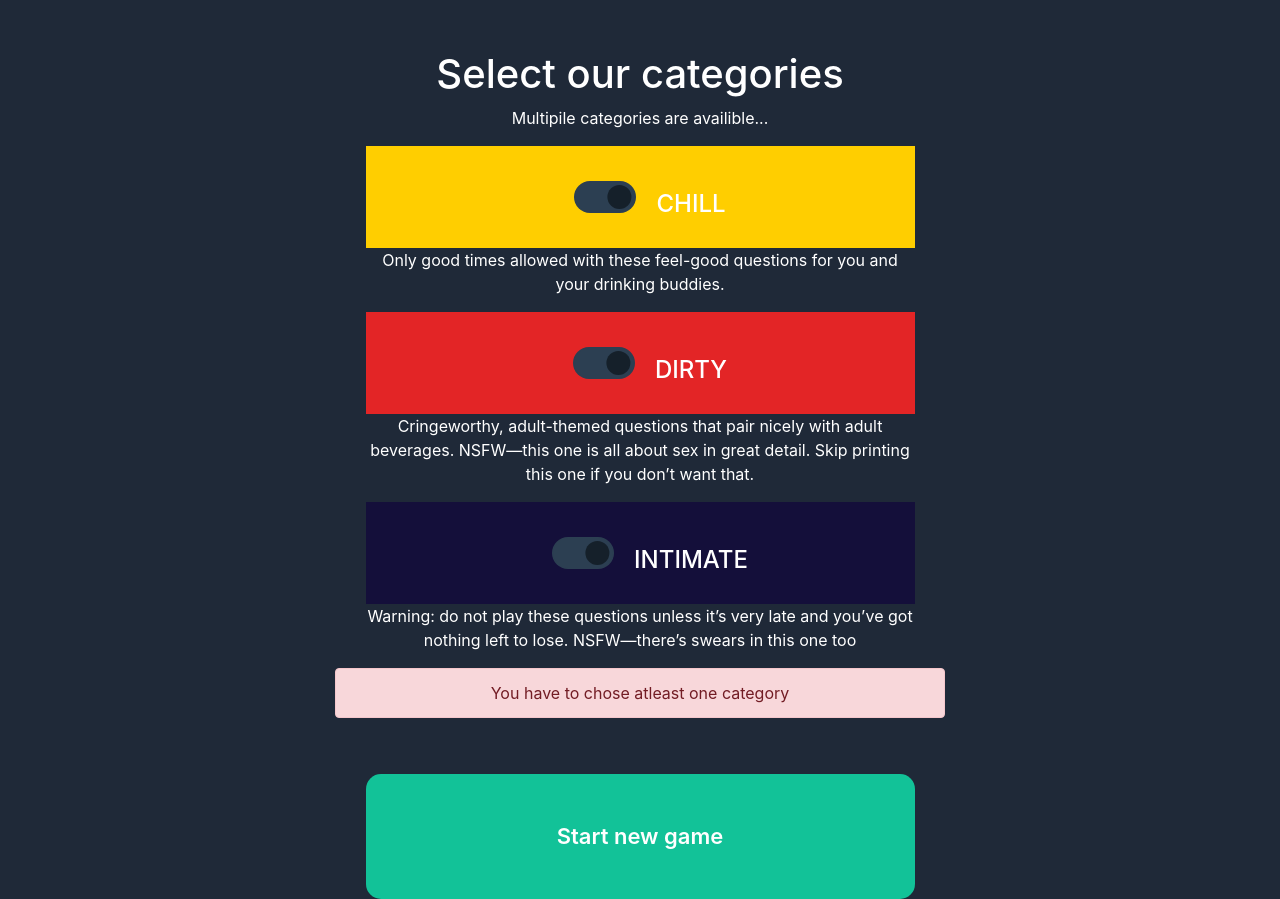
Repository: RafaelAshurov/TruthOrDrink
Page: /chose-your-categories
The author's editor kept a copy of each file at every save. The page is drawn from the files as they stood at one save, then again after the next save.
The browser window is 1280 px wide. The pictures show the whole page.
The project was rebuilt for these pictures with package versions that can differ from the ones it lists, and the page was loaded fresh each time. Also part of the build but not shown: src/views/QuestionsPage.vue.

Above is the page before, as saved 2020-10-10 18:44:00.

After the next save:
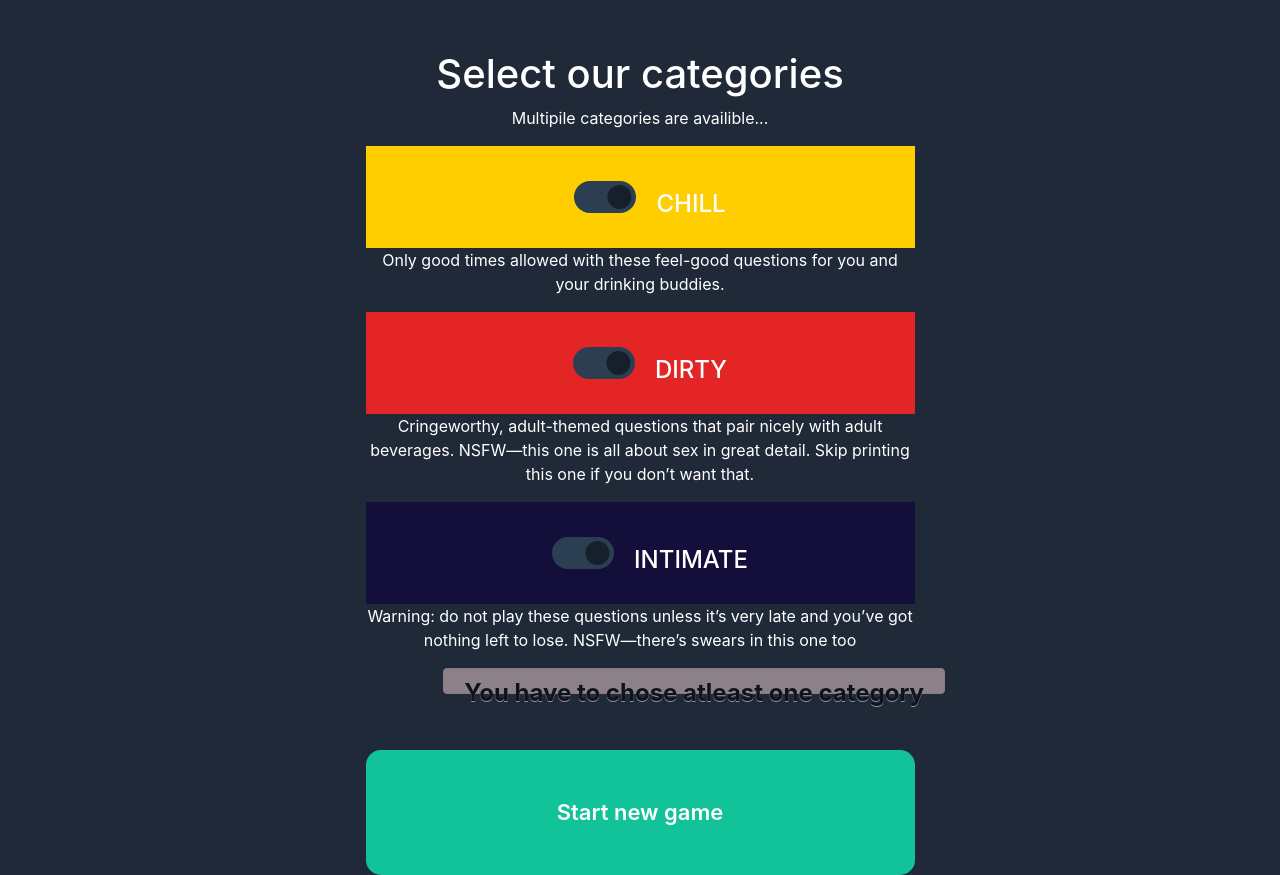
Saved 89 s later.
--- a/src/views/CategorySelect.vue
+++ b/src/views/CategorySelect.vue
@@ -22,7 +22,11 @@
             </div>
         </div>
         <div class="start-game-btn-wrapper">
-            <div class="alert alert-danger" :class="{}" role="alert">
+            <div
+                class="alert alert-danger"
+                :class="noCategoriesAlert ? 'open' : 'close'"
+                role="alert"
+            >
                 You have to chose atleast one category
             </div>
             <button @click="startNewGame()" type="button" class="btn btn-bg">
